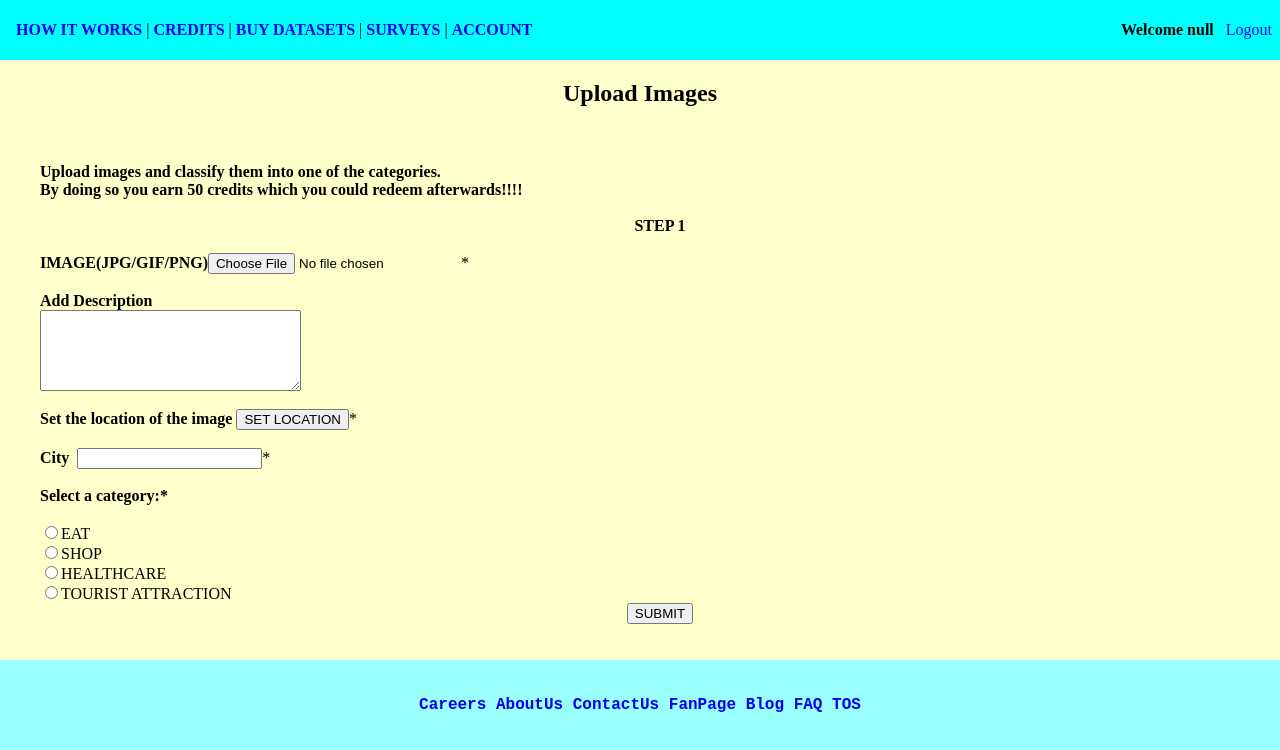
Repository: nicks707/LocoShack_TGMC-project
Page: http://localhost/ram/uploadphoto.jsp
These files come from the project's save history. The page is drawn as it stood at one moment and after the next save; the edit follows.
The browser window is 1280 px wide. The pictures show the whole page.
The page is served by Tomcat 9. Other server files are loaded and not shown.

Above is the page before, as saved 2012-03-20 14:37:02.

### ram/WebContent/uploadphoto.jsp
<%@ page language="java"  contentType="text/html; charset=ISO-8859-1"
    pageEncoding="ISO-8859-1"%>
<!DOCTYPE html PUBLIC "-//W3C//DTD HTML 4.01 Transitional//EN" "http://www.w3.org/TR/html4/loose.dtd">
<html>
<head>
<meta http-equiv="Content-Type" content="text/html; charset=ISO-8859-1">
<title>LocoShack-Upload Photos</title>
<style>
html, body,table
{
  height: 100%;
  width:100%;
}
</style>
<script type="text/javascript">
function checkfield()
{
	 if((document.myform.image.value.length==0)	)

{
alert("FIELDS IS MANDATORY");
return false;
}

}



</script>
</head>
<body style="margin-top:0px;margin-left:0px;margin-right:0px">
<table  width="100%" cellpadding="0" cellspacing="0"   style="background-color:#FFFFCC">
<tr height="60px"><td><jsp:include page="header2.jsp"></jsp:include></td></tr>
<tr height="20px"><td valign="top"><center><h2><b>Upload Images</b></h2></center><br/><br/></td></tr>
<tr ><td valign="top" style="padding-left:40px;">
<b>Upload images and classify them into one of the categories.<br/>
By doing so you earn 50 credits which you could redeem afterwards!!!!</b><br/><br/>

<form  name="myform" onsubmit=" return checkfield();"  enctype="multipart/form-data" action="FileUploadServlet" method="post">

<center><b>STEP 1</b></center><br/>
<b>IMAGE(JPG/GIF/PNG)</b><input type="file" name="image" id="image" size="40">*<br/><br/>
<b>Add Description</b><br/>
<textarea rows="5" cols="30" name="des" id="des"></textarea><br/><br/>
<b>Set the location of the image</b>&nbsp;<input type="button" value="SET LOCATION" onclick="window.open('setloc2.jsp','setloc2')">*<br/><br/>
<input type="hidden" name="lat" id="lat" value="">
<input type="hidden" name="lon" id="lon" value="">
<b>City</b>&nbsp;&nbsp;<input type="text" name="city" id="city">*<br/><br/>
<b>Select a category:*</b><br/><br/>
<input type="radio" name="cat" value="eat">EAT<br/>
<input type="radio" name="cat" value="shop">SHOP<br/>
<input type="radio" name="cat" value="health">HEALTHCARE<br/>
<input type="radio" name="cat" value="tour">TOURIST ATTRACTION<br/>
<div align="center"><input type="submit" value="SUBMIT"></div><br/><br/>

</form>
</td></tr>
<tr height="50px"><td><jsp:include page="footer.jsp"></jsp:include></td></tr>





</table>
</body>
</html>

### ram/WebContent/header2.jsp
<%@ page language="java" contentType="text/html; charset=ISO-8859-1"
    pageEncoding="ISO-8859-1"%>
<!DOCTYPE html PUBLIC "-//W3C//DTD HTML 4.01 Transitional//EN" "http://www.w3.org/TR/html4/loose.dtd">
<html>
<head>
<meta http-equiv="Content-Type" content="text/html; charset=ISO-8859-1">
<title>Insert title here</title>
</head>
<body style="margin-left:0px;margin-right:0px;margin-top:0px;">
<table cellpadding="0px" cellspacing="0px" width="100%">

<tr bgcolor="#00FFFF" style="height:60px;">
<td>&nbsp;&nbsp;&nbsp;&nbsp;<a href="hit.jsp"><b>HOW IT WORKS</b></a> | <a href="credits.jsp"><b>CREDITS</b></a> | <a href="buydata.jsp"><b>BUY DATASETS</b></a> | <a href="surveys.jsp"><b>SURVEYS</b></a> |  <a href="accmain.jsp"><b>ACCOUNT</b></a> </td>

<td align="right">&nbsp;&nbsp;&nbsp;&nbsp;&nbsp;&nbsp;&nbsp;&nbsp;&nbsp;&nbsp;&nbsp;&nbsp;&nbsp;&nbsp;&nbsp;&nbsp;&nbsp;&nbsp;&nbsp;&nbsp;
&nbsp;&nbsp;&nbsp;&nbsp;&nbsp;&nbsp;&nbsp;&nbsp;&nbsp;&nbsp;&nbsp;&nbsp;&nbsp;&nbsp;&nbsp;&nbsp;&nbsp;&nbsp;&nbsp;&nbsp;&nbsp;&nbsp;&nbsp;&nbsp;&nbsp;&nbsp;&nbsp;&nbsp;&nbsp;&nbsp;&nbsp;&nbsp;&nbsp;&nbsp;&nbsp;&nbsp;&nbsp;&nbsp;&nbsp;&nbsp;&nbsp;&nbsp;&nbsp;&nbsp;&nbsp;&nbsp;&nbsp;&nbsp;&nbsp;&nbsp;&nbsp;&nbsp;&nbsp;&nbsp;&nbsp;&nbsp;&nbsp;&nbsp;&nbsp;&nbsp;
<!-- code for links like welcome user/guest and signout --><b>Welcome <%=session.getAttribute("id") %></b>&nbsp;&nbsp;&nbsp;<a href="logout.jsp">Logout</a>&nbsp;&nbsp;</td>
</tr>

</table>

</body>
</html>

### ram/WebContent/footer.jsp
<%@ page language="java" contentType="text/html; charset=ISO-8859-1"
    pageEncoding="ISO-8859-1"%>
<!DOCTYPE html PUBLIC "-//W3C//DTD HTML 4.01 Transitional//EN" "http://www.w3.org/TR/html4/loose.dtd">
<html>
<head>
<meta http-equiv="Content-Type" content="text/html; charset=ISO-8859-1">
<title>Insert title here</title>
</head>
<style>
a{text-decoration:none;}
</style>
<body style="margin-top:0px;margin-left:0px;margin-right:0px;">
<table width=100% border="0px" cellpadding="0px" cellspacing="0px">
<tr    bgcolor="#99FFFF" style="height:90px;">
<td  colspan="3" width="100%"  align="center"> <font color="#330099" face="Courier New, Courier, monospace"><b><a href="careers.jsp">Careers</a> <a href="abtus.jsp">AboutUs</a> <a href="contact.jsp">ContactUs</a> <a href="http://www.facebook.com">FanPage</a> <a href="blog.jsp">Blog</a> <a href="faq.jsp">FAQ</a> <a href="tos.jsp">TOS</a></b></font></td>
</tr>


</table>

</body>
</html>

After the next save:
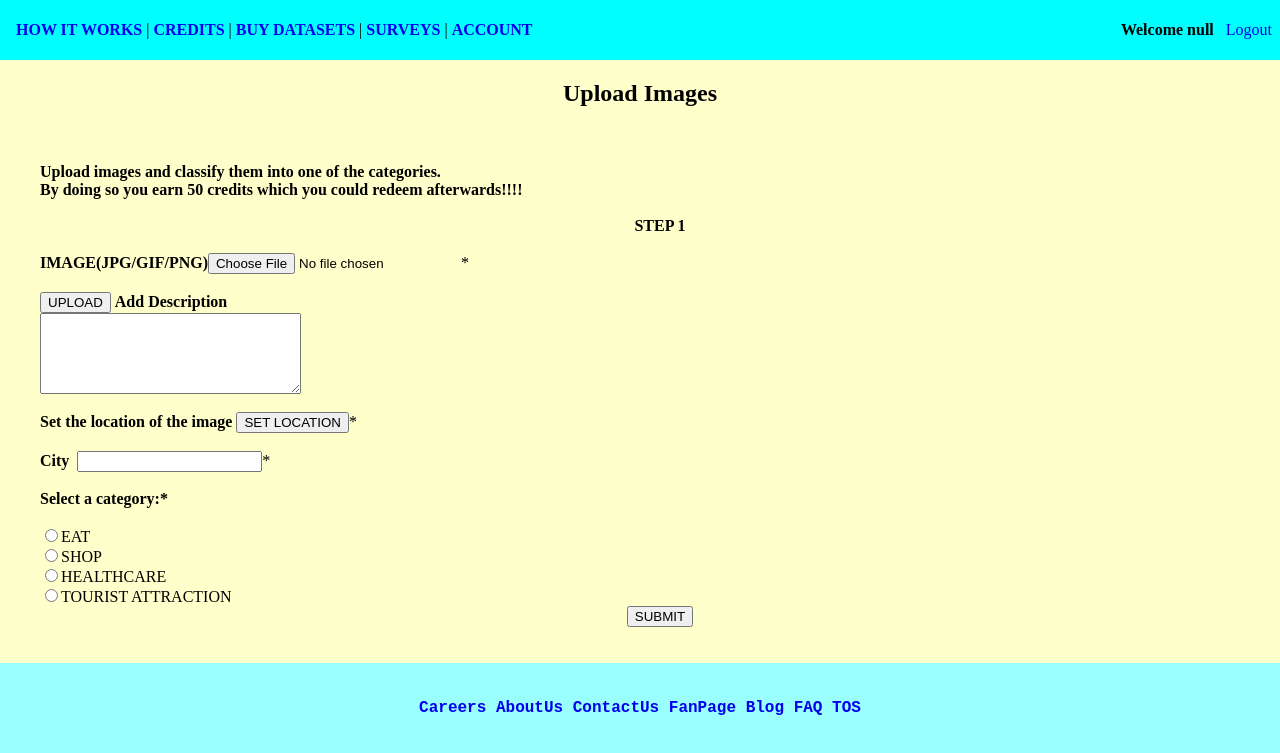
Saved 68 s later.
--- a/ram/WebContent/uploadphoto.jsp
+++ b/ram/WebContent/uploadphoto.jsp
@@ -40,6 +40,7 @@ By doing so you earn 50 credits which you could redeem afterwards!!!!</b><br/><b
 
 <center><b>STEP 1</b></center><br/>
 <b>IMAGE(JPG/GIF/PNG)</b><input type="file" name="image" id="image" size="40">*<br/><br/>
+<input type="submit" value="UPLOAD">
 <b>Add Description</b><br/>
 <textarea rows="5" cols="30" name="des" id="des"></textarea><br/><br/>
 <b>Set the location of the image</b>&nbsp;<input type="button" value="SET LOCATION" onclick="window.open('setloc2.jsp','setloc2')">*<br/><br/>
